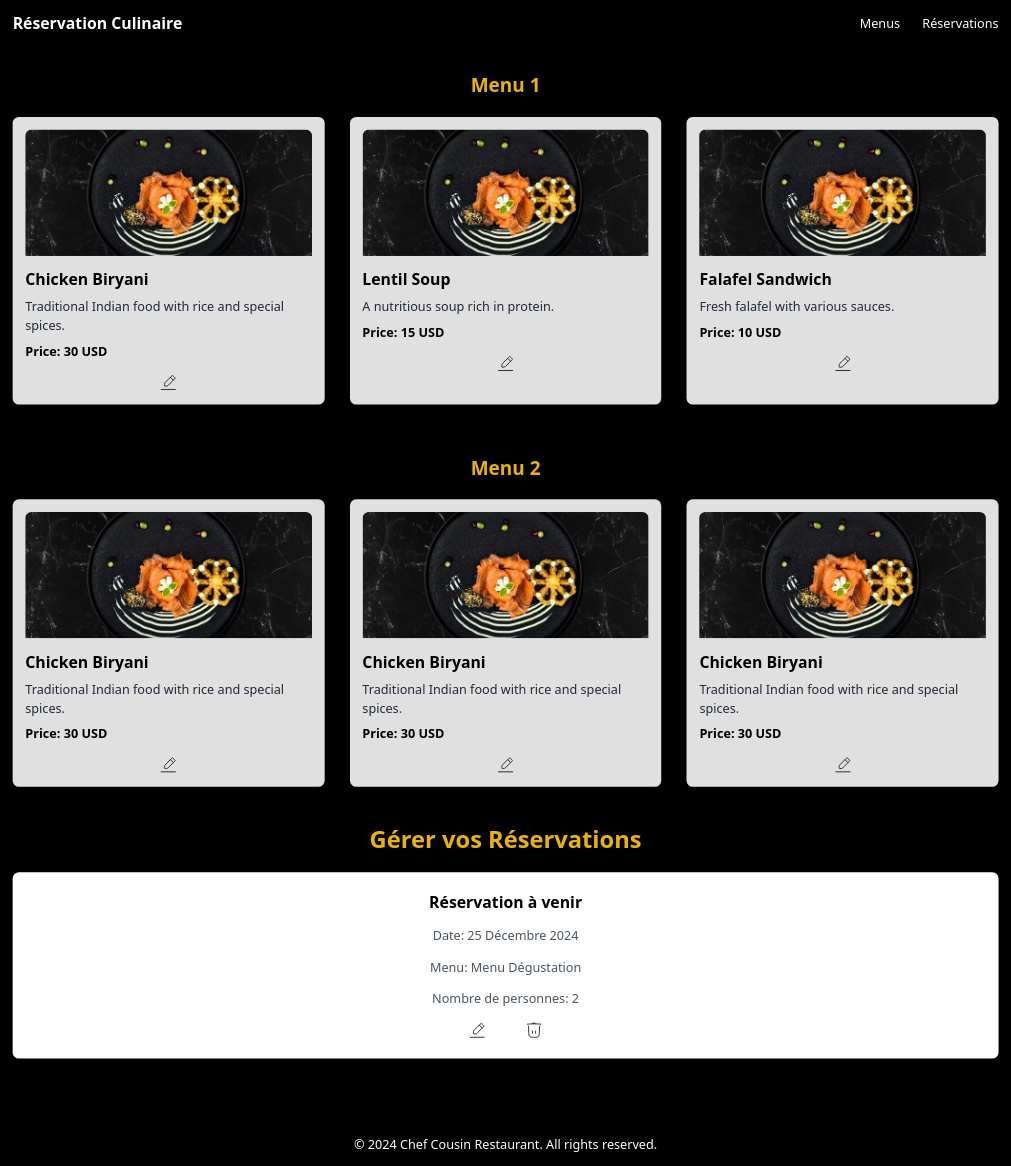
Repository: HamzaChehlaoui/Site-Web-pour-un-Chef-Cuisinier
Page: http://localhost/menuutil.php
An editor plug-in stored every save of this project. The page is shown before and after the next save, followed by the edit.
The browser window is 1280 px wide. The pictures show the whole page, at 79% of full size.
Some web libraries are served in a nearby version. The page is run by PHP 8.4 with error messages shown; the project is at /var/www/html/.

Above is the page before, as saved 2024-12-18 17:06:18.

After the next save:
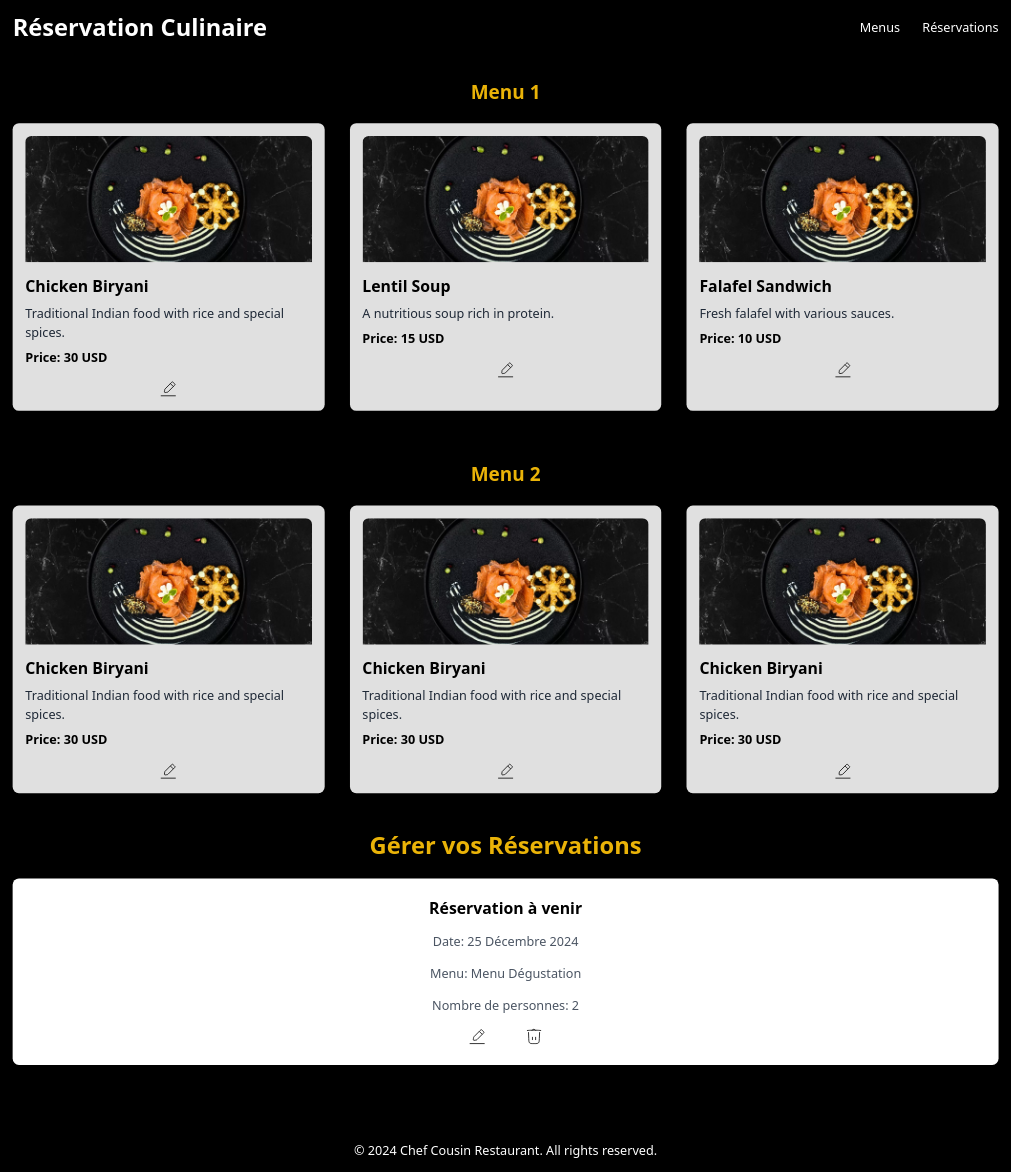
Saved 31 s later.
--- a/menuutil.php
+++ b/menuutil.php
@@ -10,7 +10,7 @@
     <!-- Navbar -->
     <header class="bg-black text-white p-4">
         <div class="max-w-7xl mx-auto flex justify-between items-center">
-            <h1 class="text-xl font-semibold">Réservation Culinaire</h1>
+            <h1 class="text-3xl font-bold font-semibold">Réservation Culinaire</h1>
             <nav class="space-x-6">
                 <a href="#menus" class="hover:text-gray-300">Menus</a>
                 <a href="#reservations" class="hover:text-gray-300">Réservations</a>
